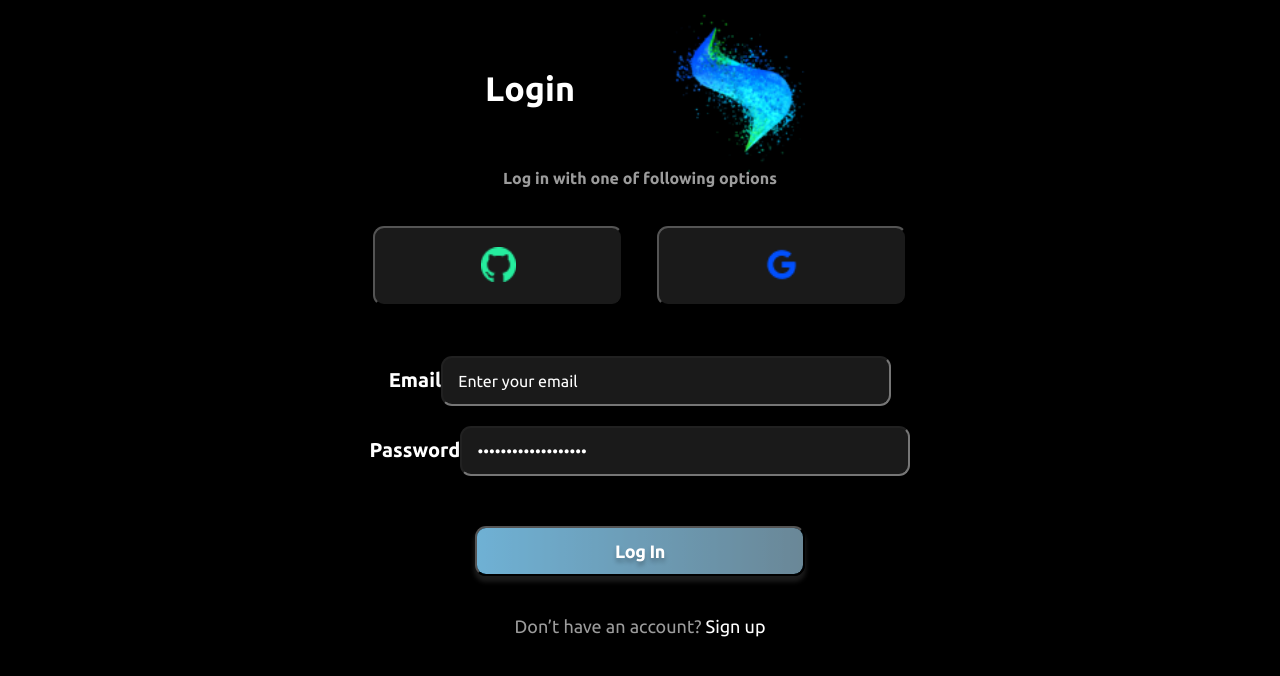
Repository: Cherced/QuanticFilms
Page: /login
These files come from the project's save history. The page is drawn as it stood at one moment and after the next save; the edit follows.
The browser window is 1280 px wide. The pictures show the whole page.
The page's requests for data from a server got no answer. The project was rebuilt for these pictures with package versions that can differ from the ones it lists, and the page was loaded fresh each time. The framework's server and built-in components were replaced by stand-ins that run in the browser. No one was signed in, and anything a server would have sent is missing. Also part of the build but not shown: components/atoms/HeaderFloat.jsx.

Above is the page before, as saved 2022-06-10 12:07:31.

After the next save:
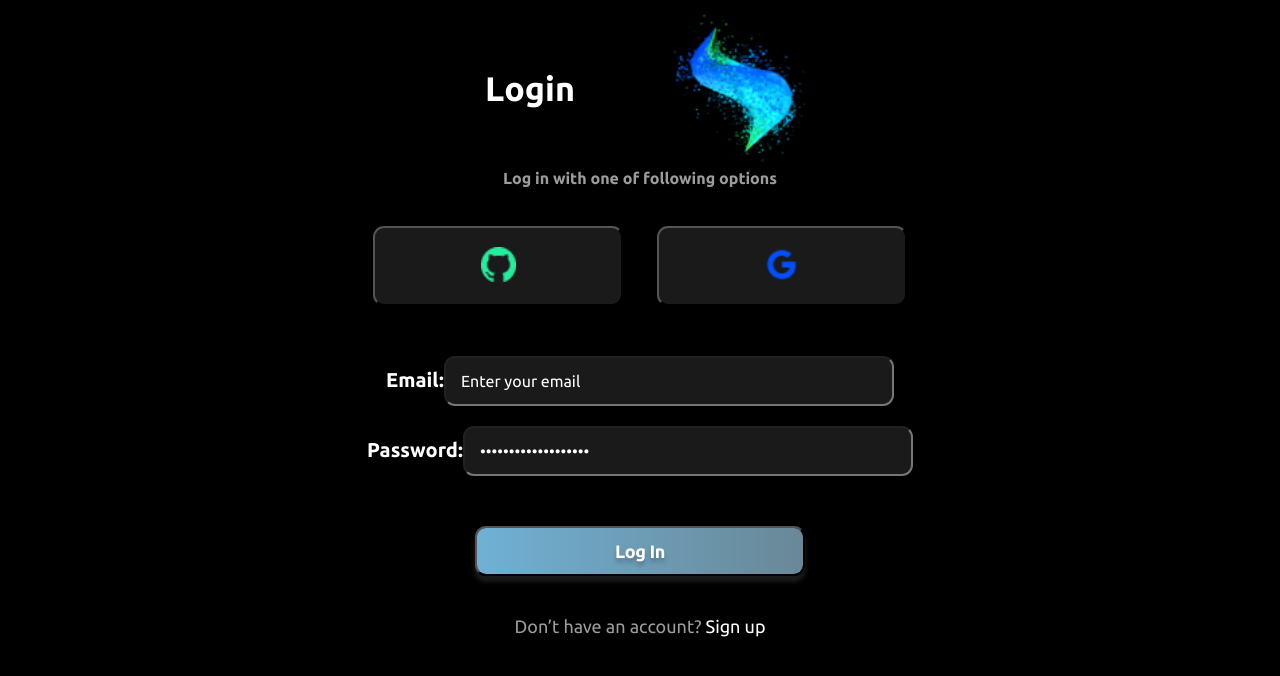
Saved 22 s later.
--- a/components/molecules/LoginForm.jsx
+++ b/components/molecules/LoginForm.jsx
@@ -4,8 +4,8 @@ import { InputBasicAccont } from '../atoms/InputBasicAccont'
 export const LoginForm = () => {
   return (
     <form className="formContainer">
-        <InputBasicAccont titleForm={"Email"} name="Email" placeholder="Enter your email" type="text" autoComplete="off" />
-        <InputBasicAccont titleForm="Password" placeholder="Enter your password" type="password" autoComplete="off" />
+        <InputBasicAccont titleForm="Email:" name="Email" placeholder="Enter your email" type="text" autoComplete="off" />
+        <InputBasicAccont titleForm="Password:" placeholder="Enter your password" type="password" autoComplete="off" />
     </form>
   )
 }
